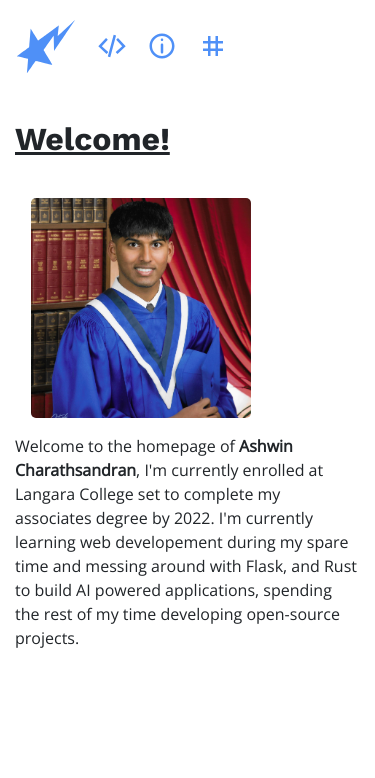
Repository: xxiz/ashwin.lol_flask
Page: http://localhost/
These files come from the project's save history. The page is drawn as it stood at one moment and after the next save; the edit follows.
The browser window is 375 px wide. The pictures show the whole page.
The page is served by the project's application, run on Flask 3 (app.py).

Above is the page before, as saved 2021-09-03 06:57:52.

### templates/index.html
{% extends 'base.html'%}
{% block content %}
<br>
    <h1>Welcome!</h1>
    <img class="me" src="/static/me.jpg" alt="A picture of myself">
    <p class="confined">Welcome to the homepage of <b>Ashwin Charathsandran</b>, I'm currently enrolled at Langara College set to complete my associates degree by 2022. I'm currently learning web developement during my spare time and messing around with Flask, and Rust to build AI powered applications, spending the rest of my time developing open-source projects.</p>

{% endblock %}

### templates/base.html
<!DOCTYPE html>
<html lang="en">
<head>
    <meta charset="UTF-8">
    <meta http-equiv="X-UA-Compatible" content="IE=edge">
    <meta name="viewport" content="width=device-width, initial-scale=1.0">
    <meta name="viewport" content="width=device-width, initial-scale=1">
    <link rel="stylesheet" href="https://stackpath.bootstrapcdn.com/bootstrap/4.1.3/css/bootstrap.min.css" integrity="sha384-MCw98/SFnGE8fJT3GXwEOngsV7Zt27NXFoaoApmYm81iuXoPkFOJwJ8ERdknLPMO" crossorigin="anonymous">
    <link href='https://css.gg/home-alt.css' rel='stylesheet'>
    <link rel="stylesheet" href="static/app.css">
    <title>{{ title }}</title>
</head>
<body>
  <header>
    <nav>
      <!-- SVG's provided by https://css.gg/ and https://www.pinterest.ca/pin/502432902151236766/
           these images are not mine and I simply modified them.
      -->
      <a class="logo" href="/">
        <svg id="svg" xmlns="http://www.w3.org/2000/svg" xmlns:xlink="http://www.w3.org/1999/xlink" viewBox="0, 0, 400,400"><g id="svgg"><path id="path0" d="M375.404 43.010 C 366.024 51.806,347.525 69.114,334.297 81.472 C 321.068 93.829,303.241 110.484,294.681 118.483 C 286.121 126.482,278.911 132.820,278.658 132.567 C 278.241 132.149,284.716 69.460,285.588 65.478 C 285.791 64.550,285.639 63.790,285.251 63.790 C 284.648 63.790,260.992 80.890,237.523 98.291 C 227.623 105.631,148.371 163.243,147.334 163.854 C 146.751 164.197,138.491 151.049,123.021 125.151 C 98.113 83.455,97.570 82.612,97.546 85.580 C 97.537 86.597,97.035 93.171,96.430 100.188 C 95.824 107.205,94.649 121.220,93.817 131.332 C 92.986 141.445,91.633 157.655,90.811 167.355 C 89.989 177.054,88.915 190.160,88.425 196.477 C 87.935 202.795,87.173 208.400,86.731 208.934 C 85.375 210.573,15.246 261.837,10.457 264.690 C 7.982 266.164,6.052 267.463,6.168 267.576 C 6.284 267.690,11.276 268.981,17.261 270.446 C 58.961 280.654,79.884 285.969,80.349 286.471 C 80.645 286.792,79.104 308.161,76.923 333.959 C 74.743 359.756,73.037 380.949,73.132 381.055 C 73.227 381.161,86.102 363.134,101.743 340.997 C 117.384 318.859,130.527 300.273,130.950 299.695 C 131.591 298.819,138.848 300.405,174.490 309.212 C 232.789 323.618,241.800 325.782,242.458 325.539 C 242.770 325.423,229.838 303.377,213.719 276.548 C 197.601 249.719,184.258 227.206,184.069 226.520 C 183.768 225.431,245.875 136.802,249.908 132.565 C 251.796 130.581,252.035 135.511,252.617 188.555 C 252.883 212.805,253.310 232.629,253.567 232.609 C 253.824 232.589,259.323 224.737,265.789 215.160 C 272.254 205.584,296.196 170.394,318.994 136.961 C 341.791 103.527,364.809 69.756,370.144 61.914 C 375.479 54.071,383.015 43.011,386.889 37.336 C 390.764 31.660,393.603 27.017,393.197 27.017 C 392.792 27.017,384.785 34.214,375.404 43.010 " stroke="none" fill="#4f90f7" fill-rule="evenodd"></path></g></svg></a>
      <a href="/projects"><?xml version="1.0" encoding="UTF-8"?><svg viewBox="0 0 24 24" xmlns="http://www.w3.org/2000/svg"><path d="m13.325 3.0501-4.6576 17.382 1.9319 0.5176 4.6575-17.382-1.9318-0.51764z" fill="currentColor"/><path d="m7.612 18.361 1.3594-1.4484-5e-4 -0.0191-5.0943-4.7812 4.7904-5.1041-1.4583-1.3687-6.1591 6.5624 6.5624 6.1591z" fill="currentColor"/><path d="m16.388 18.361-1.3594-1.4484 5e-4 -0.0191 5.0943-4.7812-4.7904-5.1041 1.4583-1.3687 6.1591 6.5624-6.5624 6.1591z" fill="currentColor"/></svg></a>
      <a href=""><?xml version="1.0" encoding="UTF-8"?><svg viewBox="0 0 24 24" xmlns="http://www.w3.org/2000/svg"><path d="m11 10.979c0-0.5523 0.4477-1 1-1s1 0.44773 1 1v6c0 0.5523-0.4477 1-1 1s-1-0.4477-1-1v-6z" fill="currentColor"/><path d="m12 6.0512c-0.5523 0-1 0.44771-1 1 0 0.55228 0.4477 1 1 1s1-0.44772 1-1c0-0.55229-0.4477-1-1-1z" fill="currentColor"/><path d="m12 2c-5.5228 0-10 4.4772-10 10 0 5.5228 4.4772 10 10 10 5.5228 0 10-4.4772 10-10 0-5.5228-4.4772-10-10-10zm-8 10c0 4.4183 3.5817 8 8 8 4.4183 0 8-3.5817 8-8 0-4.4183-3.5817-8-8-8-4.4183 0-8 3.5817-8 8z" clip-rule="evenodd" fill="currentColor" fill-rule="evenodd"/></svg></a>
      <a href=""><?xml version="1.0" encoding="UTF-8"?><svg fill="none" viewBox="0 0 24 24" xmlns="http://www.w3.org/2000/svg"><path d="m8 4v4h-4v2h4v4h-4v2h4v4h2v-4h4v4h2v-4h4v-2h-4v-4h4v-2h-4v-4h-2v4h-4v-4h-2zm6 10v-4h-4v4h4z" clip-rule="evenodd" fill="currentColor" fill-rule="evenodd"/></svg></a>
    </nav>
  </header>
  <main>
    <div class="container">
      {% block content %} {% endblock %}
  </div>
  </main>
    <script src="https://code.jquery.com/jquery-3.3.1.slim.min.js" integrity="sha384-q8i/X+965DzO0rT7abK41JStQIAqVgRVzpbzo5smXKp4YfRvH+8abtTE1Pi6jizo" crossorigin="anonymous"></script>
    <script src="https://cdnjs.cloudflare.com/ajax/libs/popper.js/1.14.3/umd/popper.min.js" integrity="sha384-ZMP7rVo3mIykV+2+9J3UJ46jBk0WLaUAdn689aCwoqbBJiSnjAK/l8WvCWPIPm49" crossorigin="anonymous"></script>
    <script src="https://stackpath.bootstrapcdn.com/bootstrap/4.1.3/js/bootstrap.min.js" integrity="sha384-ChfqqxuZUCnJSK3+MXmPNIyE6ZbWh2IMqE241rYiqJxyMiZ6OW/JmZQ5stwEULTy" crossorigin="anonymous"></script>
</body>
</html>

### app.py
from flask import Flask, request
from web.content import index_page, projects_page
web = Flask(__name__)
web.config['SQLALCHEMY_TRACK_MODIFICATIONS'] = False

@web.route('/')
def index():
    return index_page()

@web.route('/projects')
def projects():
    return projects_page()

### web/content.py
from flask import render_template
import json

# Page Content
prefix = "Ashwin Charathsandran — "

# Meta Tags
preview_message = ""
preview_title = ""
preview_image = ""

with open('web/projects.json', 'r') as file:
    projects = json.load(file)

def index_page():
    return render_template('index.html',
    title = prefix + "Welcome!",
    preview_title = preview_title,
    preview_image = preview_image,
    preview_message = preview_message)

def projects_page():
    return render_template('projects.html',
    title = prefix + "Projects",
    items = projects,
    preview_title = preview_title,
    preview_image = preview_image,
    preview_message = preview_message)

### web/projects.json
[
        {
            "title": "Vernon",
            "description": "Quality-focused reboot composite",
            "image_url": "http://placeimg.com/640/480"
        },
        {
            "title": "Nolan",
            "description": "Multi-layered firmware",
            "image_url": "http://placeimg.com/640/480"
        },
        {
            "title": "Reyes",
            "description": "array national",
            "image_url": "http://placeimg.com/640/480"
        }
]

### static/app.css
@import url('https://fonts.googleapis.com/css2?family=Work+Sans:wght@400;700&display=swap');
@import url('https://fonts.googleapis.com/css2?family=Open+Sans&display=swap');

:root {
    --blue: #4f90f7;
    --red: #d93434;
}

h1 {
    font-family: 'Work Sans', sans-serif;
    font-weight: 700;
    padding-bottom: 0.5em; padding-top: 0.5em;
    text-decoration: underline;
    font-size: 32px;
}

p {
    font-family: 'Open Sans', sans-serif;
    font-weight: 400;
}

.confined {
    max-width: 600px;
    display: inline-block;
}

.me {
    display: inline-flexbox;
    max-width: 220px;
    border-radius: 5px;
    margin: 1em;
}

@media only screen and (max-width: 500px) {
    .me {
        width: 90%;
    }
}

a {
    text-decoration: none;
    color: var(--blue);
}

a:hover {
    animation: hover-effect 1s infinite linear;
}

.card {
    margin-bottom: 1.5em;
}

.description {
    padding-bottom: 0.5em;
    font-size: 18px;
}
nav {
    padding: 1em;
    overflow: hidden;
    position: fixed;
    top: 0;
    width: 100%;
}

nav a svg {
    width: 30px;
}

.navbar-logo {
    margin-right: 50px;
    width: 60px;
}

.nav-item {
    font-weight: 700;
}
main {
    padding-top: 80px;
}

.logo svg {
    width: 60px;
}

nav a  {
    padding-right: 1em;
}
@keyframes hover-effect {
    0% {
        color: var(--blue);
    }
    50% {
        color: var(--red);

    }
    100% {
        color: var(--blue);
    }
}

After the next save:
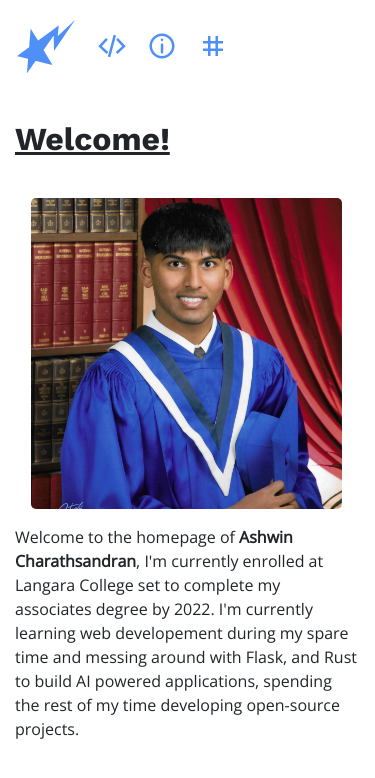
Saved 11 s later.
--- a/static/app.css
+++ b/static/app.css
@@ -33,7 +33,7 @@ p {
 
 @media only screen and (max-width: 500px) {
     .me {
-        width: 90%;
+        max-width: 90%;
     }
 }
 
